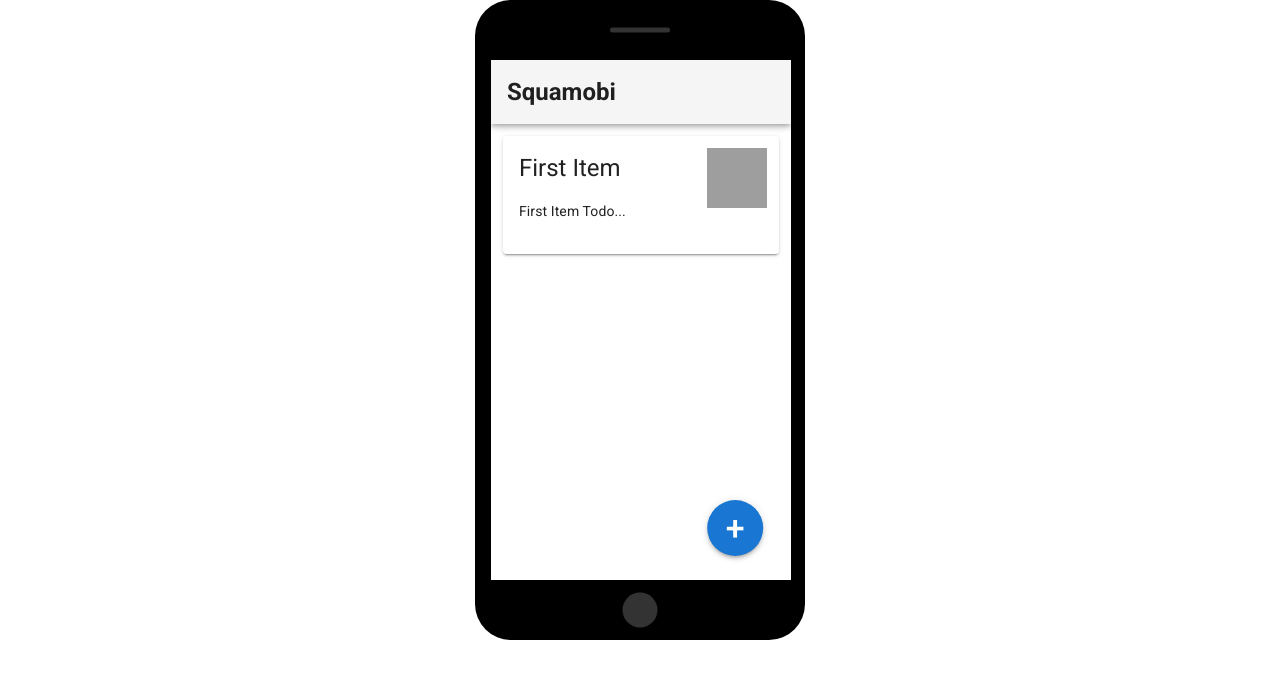
Repository: Keepnox/squamobi-interview
Page: /
The author's editor kept a copy of each file at every save. The page is drawn from the files as they stood at one save, then again after the next save.
The browser window is 1280 px wide. The pictures show the whole page.
Pictures or frames that could not be fetched are drawn as grey boxes. The project was rebuilt for these pictures with package versions that can differ from the ones it lists, and the page was loaded fresh each time. Also part of the build but not shown: vue.config.js. Imported but missing from the stored project, and not drawn on this page: src/views/About.vue.

Above is the page before, as saved 2022-01-17 00:39:08.

After the next save:
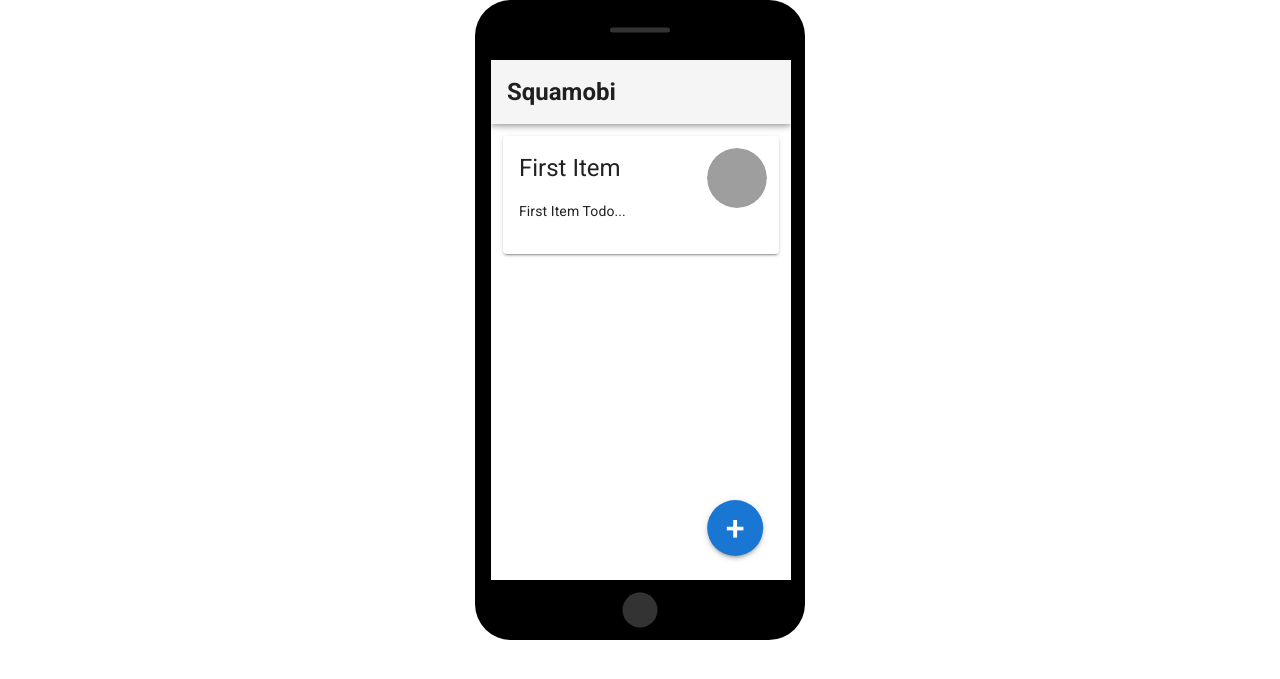
Saved 8 s later.
--- a/src/components/TodoItem.vue
+++ b/src/components/TodoItem.vue
@@ -11,9 +11,7 @@
 
         <v-avatar
           class="ma-3"
-          size="60"
-          tile
-        >
+          size="60">
           <v-img :src="image"></v-img>
         </v-avatar>
       </div>
